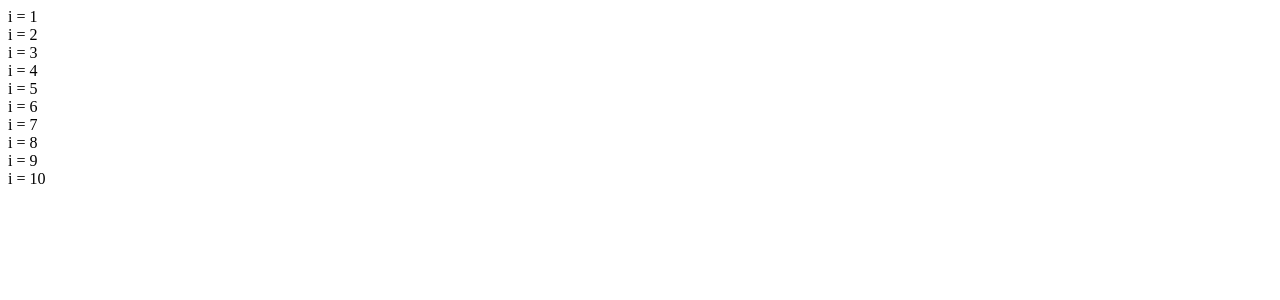
Repository: codelily98/Web
Page: JavaScript/src/main/webapp/javascript/exam08.html
An editor plug-in stored every save of this project. The page is shown before and after the next save, followed by the edit.
The browser window is 1280 px wide. The pictures show the whole page.

Above is the page before, as saved 2024-08-19 05:44:40.
Console error: ReferenceError: i is not defined

### JavaScript/src/main/webapp/javascript/exam08.html
<!DOCTYPE html>
<html>
<head>
<meta charset="UTF-8">
<title>JavaScript 08</title>
</head>
<body>
<script type="text/javascript">
	//반복문
	let sum = 0;
	for(let i=1; i<=10; i++) {
		document.write("i = " + i + "<br>");
		sum += i;
	}//for

	document.write("<h3>탈출 i = " + i + "</h3>");
	document.write("<h1>1부터 10까지의 합은 " + sum + "입니다.</h1>");
</script>
</body>
</html>

After the next save:
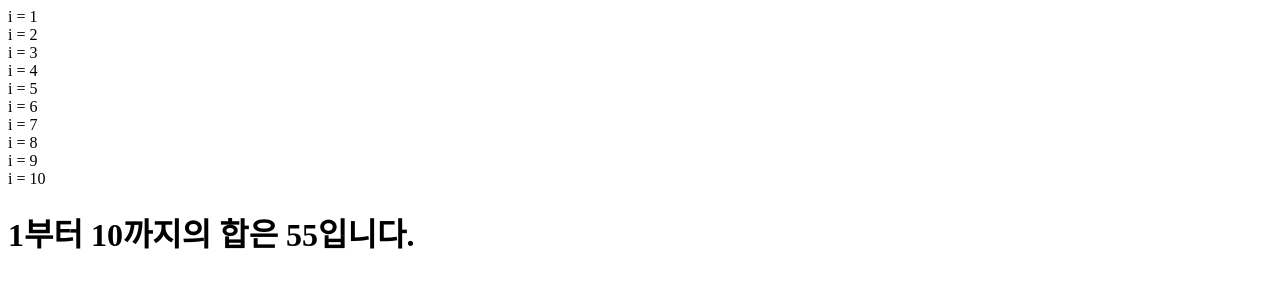
The error is gone.
Saved 22 s later.
--- a/JavaScript/src/main/webapp/javascript/exam08.html
+++ b/JavaScript/src/main/webapp/javascript/exam08.html
@@ -13,7 +13,7 @@
 		sum += i;
 	}//for
 
-	document.write("<h3>탈출 i = " + i + "</h3>");
+	//document.write("<h3>탈출 i = " + i + "</h3>"); let 이기 때문에 오류
 	document.write("<h1>1부터 10까지의 합은 " + sum + "입니다.</h1>");
 </script>
 </body>
